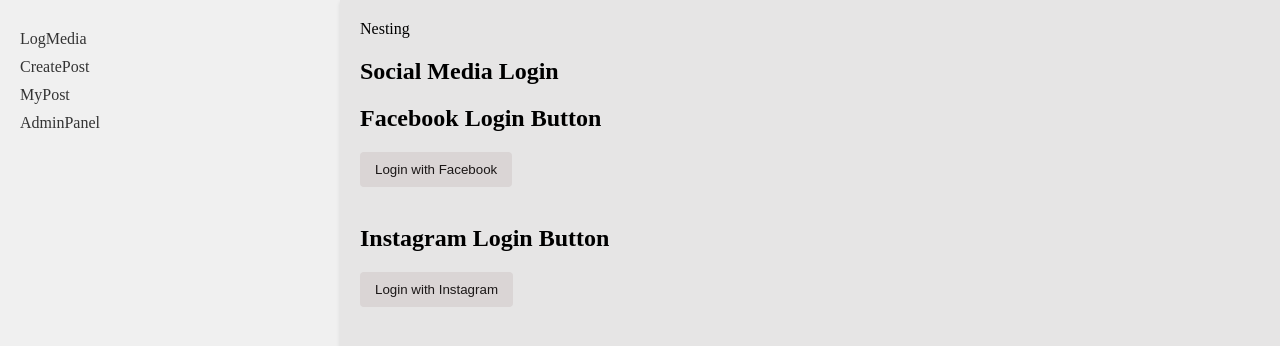
Repository: pripriya09/media-share
Page: /home (app in share-content/)
An editor plug-in stored every save of this project. The page is shown before and after the next save, followed by the edit.
The browser window is 1280 px wide. The pictures show the whole page.
The project was rebuilt for these pictures with package versions that can differ from the ones it lists, and the page was loaded fresh each time. Also part of the build but not shown: share-content/vite.config.js, share-content/src/MEDIA_SHARE/AutoPostApp.jsx, share-content/src/MEDIA_SHARE/SignIn.jsx, share-content/src/MEDIA_SHARE/share.css, share-content/src/MEDIA_SHARE/CreatePost.jsx, share-content/src/MEDIA_SHARE/MyPost.jsx, share-content/src/MEDIA_SHARE/AdminPanel.jsx.

Above is the page before, as saved 2024-12-26 16:19:21.

After the next save:
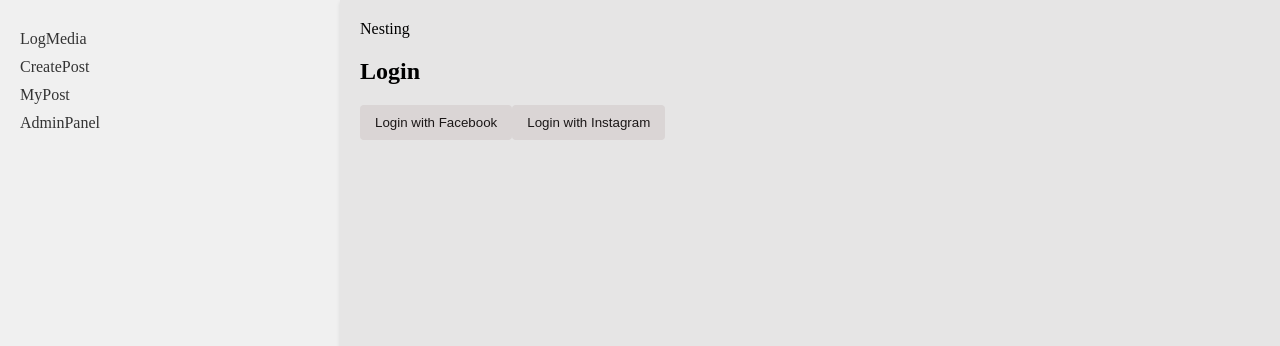
Saved 2 min 39 s later.
--- a/share-content/src/MEDIA_SHARE/LogMedia.jsx
+++ b/share-content/src/MEDIA_SHARE/LogMedia.jsx
@@ -1,7 +1,9 @@
-import React, { useEffect } from "react";
+import React, { useEffect, useState } from "react";
 import axios from "axios";
 
 function LogMedia() {
+  const [userData, setUserData] = useState(null);
+
   useEffect(() => {
     // Load Facebook SDK
     (function (d, s, id) {
@@ -36,16 +38,15 @@
             const userAccessToken = response.authResponse.accessToken;
             localStorage.setItem("facebook_userAccessToken", userAccessToken);
 
-            console.log("User Access Token:", userAccessToken);
-
-            // Fetch User Details
-            getUserDetails(userAccessToken);
+            // Fetch Pages and Linked Instagram Account
+            getPagesAndInstagramAccount(userAccessToken);
           } else {
             console.log("User cancelled login or did not fully authorize.");
           }
         },
         {
-          scope: "instagram_basic,instagram_content_publish,instagram_manage_comments,instagram_manage_insights,instagram_shopping_tag_products,pages_show_list,pages_read_engagement",
+          scope:
+            "pages_show_list,pages_read_engagement,instagram_basic,instagram_manage_comments,instagram_manage_insights",
         }
       );
     } else {
@@ -53,115 +54,70 @@
     }
   };
 
+  // Instagram Login Handler (Assuming Instagram Login is handled via Facebook Login)
   const handleInstagramLogin = () => {
-    if (window.FB) {
-      FB.login(
-        (response) => {
-          if (response.authResponse) {
-            console.log("Instagram login successful!", response);
+    const userAccessToken = localStorage.getItem("facebook_userAccessToken");
+    if (!userAccessToken) {
+      alert("Please log in with Facebook first.");
+      return;
+    }
 
-            const userAccessToken = response.authResponse.accessToken;
-            localStorage.setItem("instagram_userAccessToken", userAccessToken);
+    // Fetch Pages and Linked Instagram Account
+    getPagesAndInstagramAccount(userAccessToken);
+  };
 
-            console.log("User Access Token:", userAccessToken);
-
-            // Fetch Pages and linked Instagram accounts
-            getPages(userAccessToken);
-          } else {
-            console.log("User cancelled login or did not fully authorize.");
-          }
-        },
+  const getPagesAndInstagramAccount = async (userAccessToken) => {
+    try {
+      const response = await axios.get(
+        "https://graph.facebook.com/v21.0/me/accounts",
         {
-          scope:
-            "instagram_basic,instagram_content_publish,instagram_manage_comments,instagram_manage_insights,instagram_shopping_tag_products,pages_show_list,pages_read_engagement",
+          params: { access_token: userAccessToken },
         }
       );
-    } else {
-      console.log("Facebook SDK is not loaded.");
-    }
-  };
-
-  const getUserDetails = async (userAccessToken) => {
-    try {
-      const response = await axios.get("https://graph.facebook.com/v21.0/me", {
-        params: { access_token: userAccessToken, fields: "id,name" },
-      });
-
-      const { id, name } = response.data;
-      console.log("User ID:", id);
-      console.log("User Name:", name);
-
-      // Fetch Pages
-      getPages(userAccessToken);
-    } catch (error) {
-      console.error("Error fetching user details:", error);
-    }
-  };
-
-  const getPages = async (userAccessToken) => {
-    try {
-      const response = await axios.get("https://graph.facebook.com/v21.0/me/accounts", {
-        params: { access_token: userAccessToken },
-      });
 
       const pages = response.data.data;
       if (pages && pages.length > 0) {
-        console.log("Pages:", pages);
-
         const targetPage = pages.find((page) => page.instagram_business_account);
         if (targetPage) {
-          const pageAccessToken = targetPage.access_token;
-          const pageName = targetPage.name;
           const instagramBusinessAccountId = targetPage.instagram_business_account.id;
+          const instagramUsername = targetPage.instagram_business_account.username;
+          console.log("Instagram Username:", instagramUsername);
 
-          localStorage.setItem("pageAccessToken", pageAccessToken); // Store page access token
+          // Store Instagram Business Account ID for further use
+          localStorage.setItem("instagramBusinessAccountId", instagramBusinessAccountId);
 
-          console.log("Page Name:", pageName);
-          console.log("Instagram Business Account ID:", instagramBusinessAccountId);
-
-          // Fetch Instagram Business Account Details
-          getInstagramAccountDetails(instagramBusinessAccountId, pageAccessToken);
+          // Update the user data state
+          setUserData({
+            facebookAccessToken: userAccessToken,
+            instagramBusinessAccountId,
+            instagramUsername,
+          });
         } else {
-          alert("No Instagram business account linked to this page. Please link your Instagram account to a Facebook Page.");
+          console.log("No Instagram business account linked to this page.");
         }
       } else {
-        alert("No pages found for this account.");
+        console.log("No pages found for this user.");
       }
     } catch (error) {
-      console.error("Error fetching pages:", error);
-      alert("There was an issue fetching your Facebook pages. Please try again.");
-    }
-  };
-
-  const getInstagramAccountDetails = async (instagramBusinessAccountId, pageAccessToken) => {
-    try {
-      const response = await axios.get(
-        `https://graph.facebook.com/v21.0/${instagramBusinessAccountId}`,
-        {
-          params: { access_token: pageAccessToken, fields: "id,username" },
-        }
-      );
-
-      const { id, username } = response.data;
-      console.log("Instagram Business Account ID:", id);
-      console.log("Instagram Username:", username);
-    } catch (error) {
-      console.error("Error fetching Instagram account details:", error);
+      console.error("Error fetching pages or Instagram account:", error);
     }
   };
 
   return (
     <>
       <div>
-        <h2>Social Media Login</h2>
-        <h2>Facebook Login Button</h2>
+        <h2>Login</h2>
         <button onClick={handleFBLogin}>Login with Facebook</button>
-      </div>
-      <br />
-      <div>
-        <h2>Instagram Login Button</h2>
         <button onClick={handleInstagramLogin}>Login with Instagram</button>
       </div>
+      {userData && (
+        <div>
+          <h3>User Data</h3>
+          <p>Facebook Token: {userData.facebookAccessToken}</p>
+          <p>Instagram Username: {userData.instagramUsername}</p>
+          <p>Instagram Account ID: {userData.instagramBusinessAccountId}</p>
+        </div>
+      )}
     </>
   );
 }
